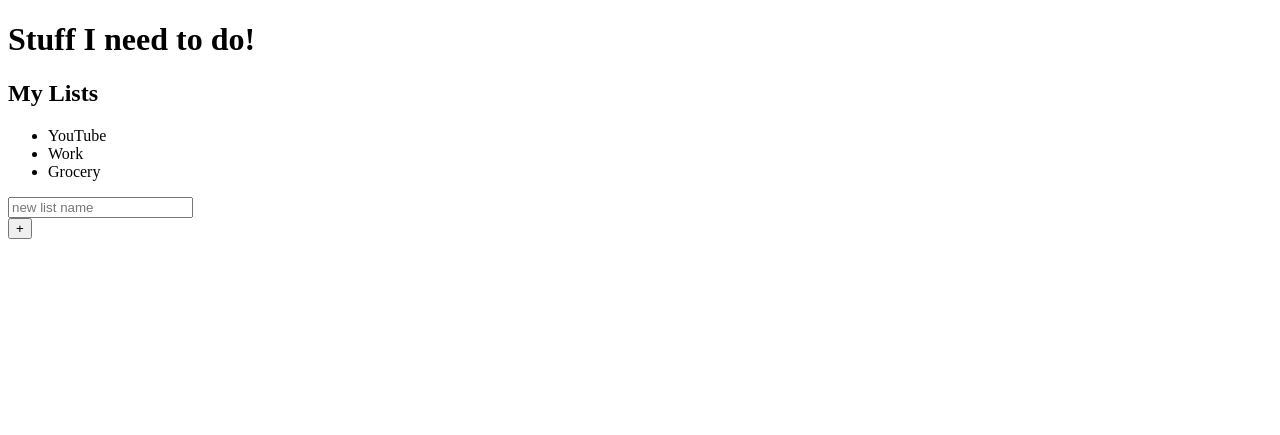
Repository: PratypartyY2K/JavaScript-Projects
Page: Better-ToDo-App/index.html
These files come from the project's save history. The page is drawn as it stood at one moment and after the next save; the edit follows.
The browser window is 1280 px wide. The pictures show the whole page.

Above is the page before, as saved 2021-07-05 23:50:49.

After the next save:
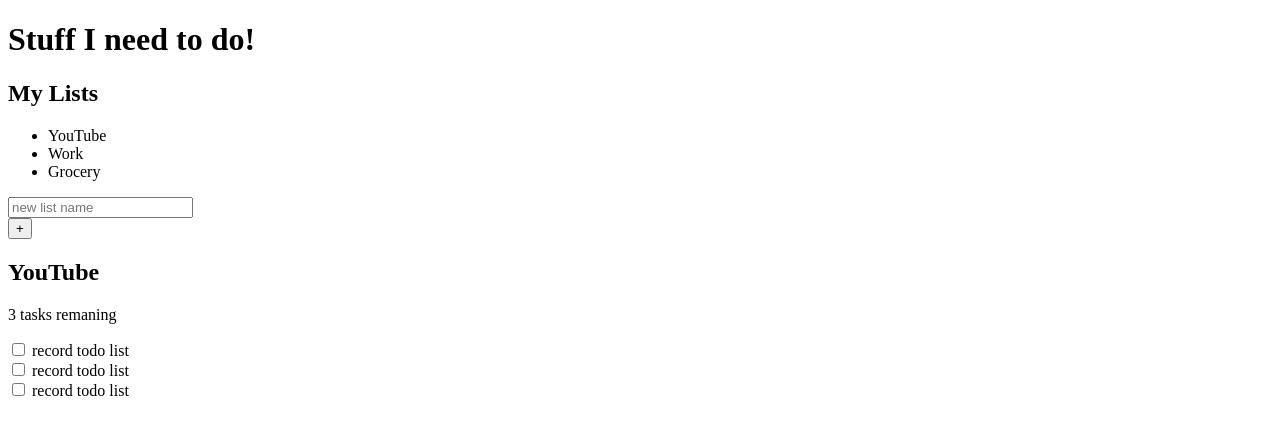
Saved 6 min 6 s later.
--- a/Better-ToDo-App/index.html
+++ b/Better-ToDo-App/index.html
@@ -29,6 +29,46 @@
       <button class="btn list" aria-label="create new list">+</button>
     </div>
 
-    <div class="todo-list"></div>
+    <div class="todo-list">
+        <div class="todo-header">
+            <h2 class="list-title">YouTube</h2>
+            <p class="task-count">3 tasks remaning</p>
+        </div>
+
+        <div class="todo-body">
+            <div class="tasks">
+
+                <div class="task">
+                    <input type="checkbox" id="task-1">
+                    <label for="task-1">
+                        <span class="custom-checkbox"></span>
+                        record todo list
+                    </label>
+                </div>
+                <!-- close task-1-->
+
+                <div class="task">
+                    <input type="checkbox" id="task-2">
+                    <label for="task-2">
+                        <span class="custom-checkbox"></span>
+                        record todo list
+                    </label>
+                </div>
+                <!-- close task-2-->
+
+                <div class="task">
+                    <input type="checkbox" id="task-3">
+                    <label for="task-3">
+                        <span class="custom-checkbox"></span>
+                        record todo list
+                    </label>
+                </div>
+                <!-- close task-3-->
+
+            </div>
+            <div class="new-task-creator"></div>
+            <div class="delete-stuff"></div>
+        </div>
+    </div>
   </body>
 </html>
